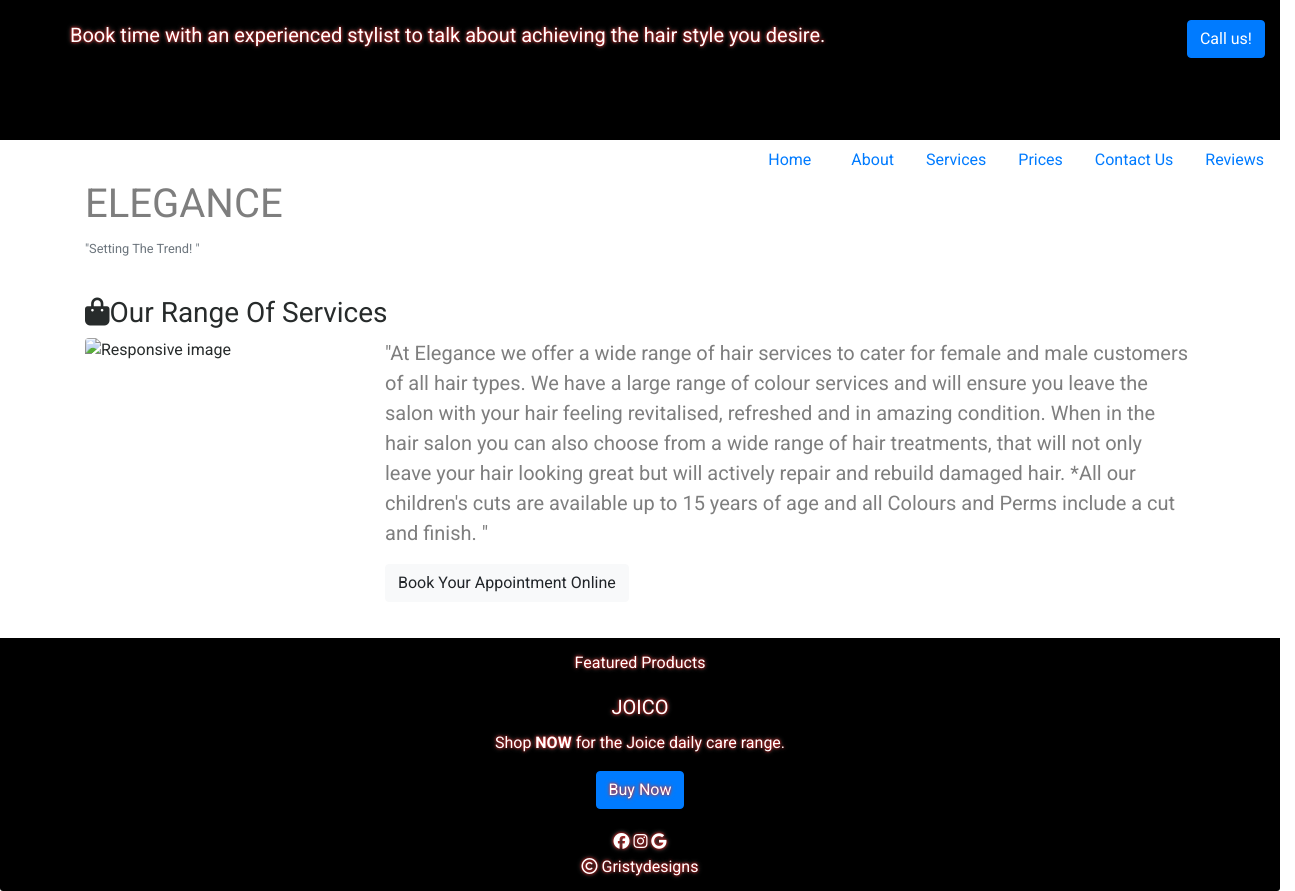
Repository: Gristydesigns/elegance-salon
Page: services.html
The author's editor kept a record of every edit. The page is drawn from the files as they stood at one moment, then again after the next edit.
The browser window is 1280 px wide. The page is 1295 px wide, so the pictures cover 1295 px, including what lies to the right of the window. The pictures show the whole page.
Some web libraries are served in a nearby version.

Above is the page before.
Console error: TypeError: Cannot read properties of undefined (reading 'fn')
Not found: image/serices-pic2.jpg

### services.html
<!DOCTYPE html>
<html lang="en">
<!--Head------------------------->

<head>
    <meta charset="UTF-8">
    <meta name="viewport" content="width=device-width, initial-scale=1.0">
    <meta http-equiv="X-UA-Compatible" content="ie=edge">
    <link rel="stylesheet" href="https://stackpath.bootstrapcdn.com/bootstrap/4.3.1/css/bootstrap.min.css" integrity="sha384-ggOyR0iXCbMQv3Xipma34MD+dH/1fQ784/j6cY/iJTQUOhcWr7x9JvoRxT2MZw1T" crossorigin="anonymous">
    <script src="https://stackpath.bootstrapcdn.com/bootstrap/4.3.1/js/bootstrap.min.js" integrity="sha384-JjSmVgyd0p3pXB1rRibZUAYoIIy6OrQ6VrjIEaFf/nJGzIxFDsf4x0xIM+B07jRM" crossorigin="anonymous"></script>
    <link href="https://fonts.googleapis.com/css?family=Roboto:400,700&display=swap" rel="stylesheet">
    <script src="https://kit.fontawesome.com/d13d47f9ca.js"></script>
    <link rel="stylesheet" href="assets/css/style.css" type="text/css" />
    <title>Elegance Hair Salon Ledbury</title>
</head>
<!--End------------------------->

<body>
    <header>
        <!--callout--------------->
        <section class="container-fluid call-to-action">
            <div class="row">
                <div class="col-12">
                    <button class="btn-spinner-grow btn-spinner-grow-sm btn btn-primary btn-md float-right">Call us!<href="#" role="button"></button>
                <p class="lead">Book time with an experienced stylist  to talk about achieving the hair style you desire.</p>
                </div>
            </div>
        </section>
        <!--End------------------------->
        <!--Nav Bar--------------------->
        <section class="container-nav nav-bar">
            <div class="row">
                <div class="col-12 ">
                    <div class="nav navbar-light bg-light navbar-expand-sm nav-position left >
                             <a href=" # "class="navbar-salon "></a>
                               <button class="navbar-toggler mr-auto " type="button " data-toggle="collapse " data-target="#navbarNavDropdown " aria-controls="navbarNavDropdown " aria-expanded="false " aria-label="Toggle navigation ">
                                <span class="navbar-toggler-icon "></span></button>
                                 <div class="collapse navbar-collapse " id="navbarNavDropdown ">

                                 <ul class="nav nav-pills ml-auto ">
                                  <li class="active nav-item mr-2 "><a class="nav-link Home " href="# ">Home</a>
                                  <li class="nav-item "><a class="nav-link About " href="# ">About</a>
                                  <li class="nav-item "><a class="nav-link Services " href="# ">Services</a>
                                  <li class="nav-item "><a class="nav-link Prices " href="# ">Prices</a>
                                  <li class="nav-item "><a class="nav-link Contact us " href="# ">Contact Us</a>
                                  <li class="nav-item "><a class="nav-link Reviews " href="# ">Reviews</a>
                                  <li class="nav-item dropdown ">
                                 </ul>
                               </div>
                             </div>
                            </div>
                          </div>
                        </div>
                     </div>
        <!--logo------------------------->
        <section class="container logo ">
                  <div class="row ">
                    <div class=" col-md-12 ">
                        <h1>ELEGANCE</h1>
                        <p class="text-muted "><small>"Setting The Trend! "</small></p>
                    </div>
                </div>
        </section>
<!--End------------------------->


     </header>
<!--End------------------------------>
<!--feature space---------------------->
 <section class="headliners ">
  <div class="container headliner ">
  <!--feature article 1---------------------->
    <div class="row ">
     <div class="col-12 ">
      <h3 class="text "><i class="fas fa-shopping-bag "></i>Our Range Of Services </h3>
        <div class="media ">
        <img src="image/serices-pic2.jpg " class="img-fluid rounded " alt="Responsive image ">
          </div>
           <blockquote class="blockquote ">
           <p>"At Elegance we offer a wide range of hair services to cater for female and male customers of all hair types. We have a large range of colour services and will ensure you leave the salon with your hair feeling revitalised, refreshed and in amazing condition.
               When in the hair salon you can also choose from a wide range of hair treatments, that will not only leave your hair looking great but will actively repair and rebuild damaged hair.
              *All our children's cuts are available up to 15 years of age and all Colours and Perms include a cut and finish. "</p>
             <p><a class="btn btn-md btn-light " href="https://elegance-hair-salon-hair-salon.business.site/ ">Book Your Appointment Online</a></p>
              </div>
             </blockquote>
             </div>
           </div>
         </div>
       </div>
     </div>
     </div>
    </div>

  </section>
  <!--End------------------------->
   <!--footer---------------------->
  <footer>
   <section class="card-footer ">
     <div class="container-fluid footer ">
      Featured Products
     </div>
        <div class="card-body ">
         <h5 class="card-title ">JOICO</h5>
          <p class="card-text ">Shop <strong>NOW</strong> for the Joice daily care range.</p>
           <a href="https://my-salon.shop/?salonname=Elegance&salonlocation=Ledbury " class="btn btn-primary ">Buy Now</a>
        </div>
        <div class="card">
        <div class "row  ">
          <div class="col-12 ">
            <i class="fab fa-facebook "></i>
            <i class="fab fa-instagram "></i>
            <i class="fab fa-google "></i>
          </div>
        </div>
      </div>
        <div class "row ">
          <div class="col-12 ">
            <i class="far fa-copyright " 2019 Gristydesigns ">
                        </i>
                        Gristydesigns
                    </div>
                </div>
        </section>
        </footer>
        <script src="https://stackpath.bootstrapcdn.com/bootstrap/4.3.1/js/bootstrap.min.js" integrity="sha384-JjSmVgyd0p3pXB1rRibZUAYoIIy6OrQ6VrjIEaFf/nJGzIxFDsf4x0xIM+B07jRM" crossorigin="anonymous"></script>
        <script src="https://code.jquery.com/jquery-3.3.1.slim.min.js" integrity="sha384-q8i/X+965DzO0rT7abK41JStQIAqVgRVzpbzo5smXKp4YfRvH+8abtTE1Pi6jizo" crossorigin="anonymous"></script>
        <script src="https://cdnjs.cloudflare.com/ajax/libs/popper.js/1.14.7/umd/popper.min.js" integrity="sha384-UO2eT0CpHqdSJQ6hJty5KVphtPhzWj9WO1clHTMGa3JDZwrnQq4sF86dIHNDz0W1" crossorigin="anonymous"></script>
</body>

</html>
<!--End------------------------->

### assets/css/style.css
@import url('https://fonts.googleapis.com/css?family=Roboto&display=swap 100,200,300,400,500,600,700|Exo 100,200,300,400,500,600,700');
/*---------------------------------colors */

body {
   font-family: 'Roboto', sans-serif;
  background-color:#fff;
  -webkit-background-size: cover;
  -moz-background-size: cover;
  -o-background-size: cover;
  background-size: cover;

}
/*---------------------------------call out */

.call-to-action {
    height:140px;
    background-color: black;
    font-size:20px;
    font-weight: 600px;
    color: #fff;
    text-align: left;
    padding-left:70px;
    padding-top: 20px;
    bottom:5px;
    text-shadow: 0 0 3px #FF0000, 0 0 5px #7e7e7e
   }

   .button {
       padding-top:0;
       padding-bottom:20px;
      }
/*---------------------------------nav-container */
.navbar-collapse {
 background-color: #fff;
 padding-left:10px;
 }
.nav-bar {

}

/*---------------------------------Logo */
.logo {
    color:#7e7e7e;
    font-weight: 900px;
    text-shadow: 2px 2px 4px #25292A
    padding-top: 20px;
    padding-bottom: 20px;
    display: flex;
    justify-content: left;

   }
 /*---------------------------------headliner */
 .headliner {
     color:#272B2B;

     justify-content: center;
 }
 .blockquote {
     padding-left: 10px;
     padding-right: 5px;
     color: #7e7e7e;

 }
  /*---------------------------------feature space */
.media {
    height: 300px;
    flex: none;
    width: 300px;
    text-align: right;
    float: left;
 }

.img-fluid {
    max-width: 75%;
    height: auto;
    padding-bottom: 5px;
    padding-right: 20px;

}
   /*---------------------------------Footer */
.card-footer {
    text-align: center;
    background-color: black;
    border-top: 1px solid rgba(0,0,0,.125);
    color: #fff;
    text-shadow: 0 0 3px #FF0000, 0 0 5px #7e7e7e

}
 .card {
   background-color: black;
   text-align: center;
 }

After the next edit:
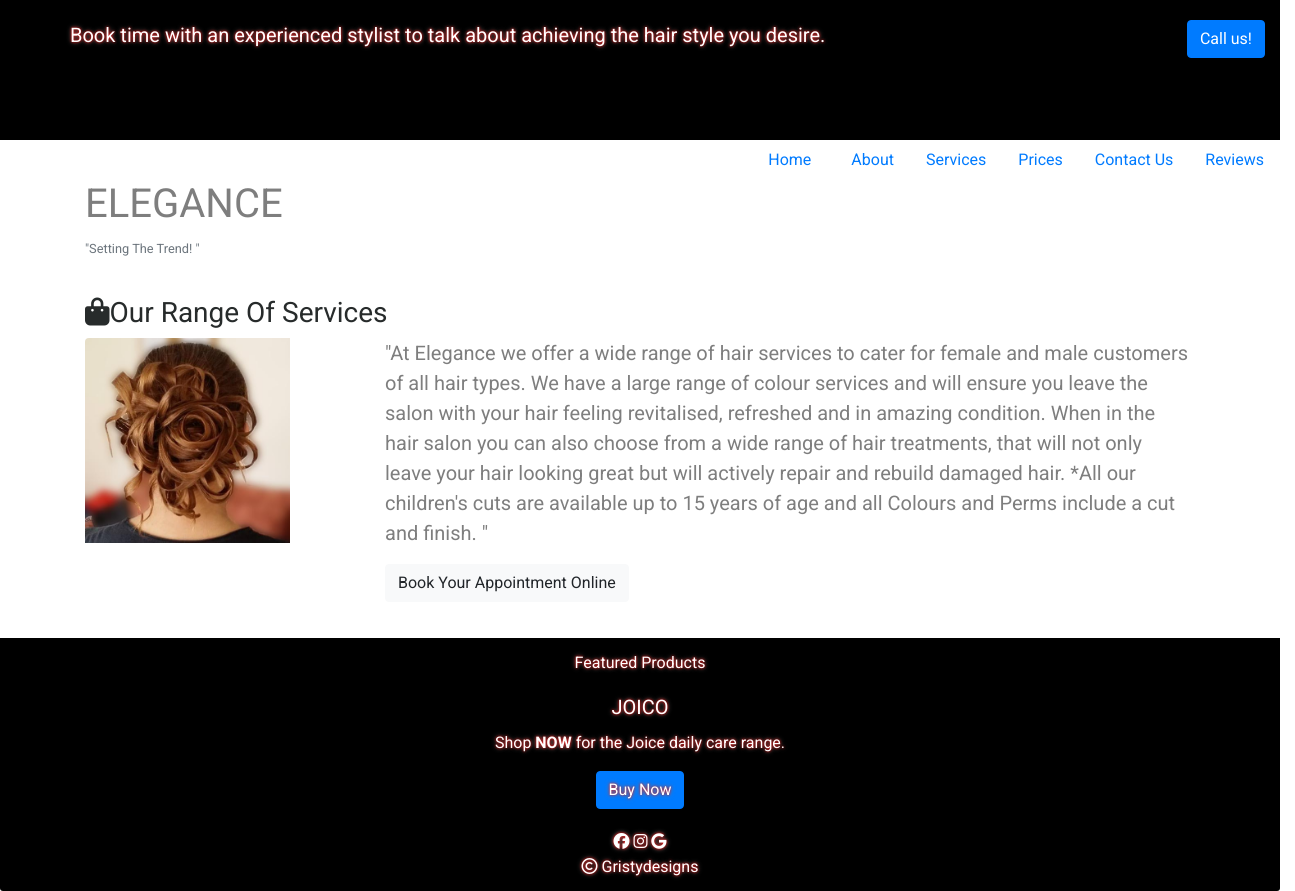
The edit:
--- a/services.html
+++ b/services.html
@@ -74,8 +74,8 @@
      <div class="col-12 ">
       <h3 class="text "><i class="fas fa-shopping-bag "></i>Our Range Of Services </h3>
         <div class="media ">
-        <img src="image/serices-pic2.jpg " class="img-fluid rounded " alt="Responsive image ">
-          </div>
+        <img src="image/pic4.jpg " class="img-fluid rounded " alt="Responsive image ">
+         </div>
            <blockquote class="blockquote ">
            <p>"At Elegance we offer a wide range of hair services to cater for female and male customers of all hair types. We have a large range of colour services and will ensure you leave the salon with your hair feeling revitalised, refreshed and in amazing condition.
                When in the hair salon you can also choose from a wide range of hair treatments, that will not only leave your hair looking great but will actively repair and rebuild damaged hair.
